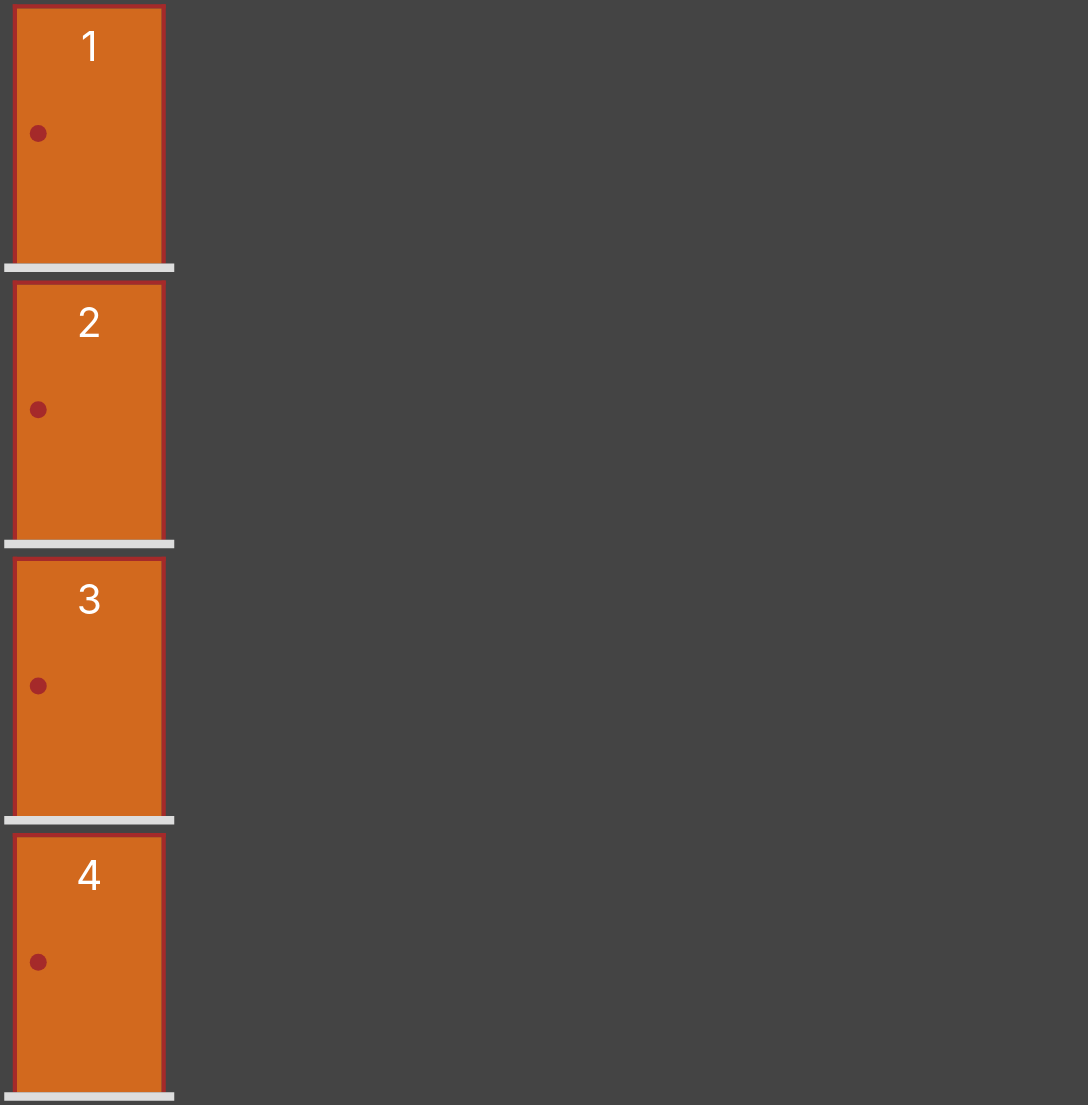
Repository: Mira757/Projeto-Porta-Premiada
Page: /jogo
These files come from the project's save history. The page is drawn as it stood at one moment and after the next save; the edit follows.
The browser window is 1280 px wide. The pictures show the whole page, at 85% of full size.
The project was rebuilt for these pictures with package versions that can differ from the ones it lists, and the page was loaded fresh each time. The framework's server and built-in components were replaced by stand-ins that run in the browser. Also part of the build but not shown: next.config.js, styles/Presente.module.css, components/Presente.jsx.

Above is the page before, as saved 2022-03-22 16:58:10.

### pages/jogo.tsx
import styles from "../styles/Jogo.module.css"
import { useState } from "react";
import Porta from "../components/Porta";
import { atualizarPortas, criarPortas } from "../functions/portas";

export default function jogo () {
  const [portas,setPortas] = useState(criarPortas(4,2))

  function renderizarPortas() {
    return portas.map(porta => {
      return <Porta key={porta.numero} value={porta} onChange={novaporta => setPortas(atualizarPortas(portas, novaporta))}/>
    })
  }

  return (
    <div id={styles.jogo}>
      {renderizarPortas()}
    </div>
  )
}

### styles/globals.css
html,
body {
  padding: 0;
  margin: 0;
  font-family: -apple-system, BlinkMacSystemFont, Segoe UI, Roboto, Oxygen,
    Ubuntu, Cantarell, Fira Sans, Droid Sans, Helvetica Neue, sans-serif;
  background-color: #444;
  color: #fff;
}

a {
  color: inherit;
  text-decoration: none;
}

* {
  box-sizing: border-box;
}

### styles/Jogo.module.css
#jogo {
  display: flex;
  flex-direction: column;
  justify-content: center;
}

### components/Porta.tsx
import styles from "../styles/Porta.module.css"
import PortaModel from '../model/porta'
import Presente from './Presente'

interface PortaProps {
  value: PortaModel
  onChange: (novaPorta: PortaModel) => void
}

export default function Porta(props: PortaProps) {

  const  porta  = props.value
  const selecionada = porta.selecionada && !porta.aberta ? styles.selecionada : ''

  const alterarSelecao = e => props.onChange(porta.alterarSelecao())
  const abrir = e => {
    e.stopPropagation()
    props.onChange(porta.abrir())
  }

  function renderizarPorta() {
    return (
      <div className={styles.porta}>
          <div className={styles.numero}>{porta.numero}</div>
          <div className={styles.macaneta} onClick={abrir} ></div>

        </div>
    )
  }

  return (
    <div className={styles.area} onClick={alterarSelecao}>
      <div className={`${styles.estrutura} ${selecionada}`}>
      {porta.fechada ? renderizarPorta() : porta.temPresente ? <Presente></Presente> : false}
      </div>
      <div className={styles.chao}></div>
    </div>
  )
}

### functions/portas.ts
import PortaModel from "../model/porta";

export function criarPortas(qtde: number,selecionada: number) : PortaModel[] {
  return Array.from({length:qtde}, (_,i) => {
    const numero = i+1
    const temPresente = numero === selecionada
    return new PortaModel(numero,temPresente)
  })
}

export function atualizarPortas(portas: PortaModel[], portaModificada: PortaModel) : PortaModel[] {
  return portas.map(portaAtual => {
    const igualModificada = portaAtual.numero === portaModificada.numero
    if (igualModificada) {
      return portaModificada
    } else {
      return portaModificada.aberta ? portaAtual : portaAtual.desmarcar()
    }
  })
}

### styles/Porta.module.css
.area {
  position: relative;
  display: flex;
  flex-direction: column;
  align-items: center;
  width: 200px;
  height: 315px;
  margin: 5px;
}

.estrutura {
  display: flex;
  flex-direction: column-reverse;
  width: 90%;
  flex-grow: 1;
  border-left: 5px solid brown;
  border-right: 5px solid brown;
  border-top: 5px solid brown;
  background-color: #0005;
}

.porta {
  display: flex;
  flex-direction: column;
  flex-grow: 1;
  background-color: chocolate;
  align-items: center;
  padding: 15px;
}

.numero {
  font-size: 3rem;
}

.macaneta {
  position: absolute;
  align-self: flex-start;
  top: calc(0.45 * 315px);
  height: 20px;
  width: 20px;
  border-radius: 10px;
  background-color: brown;
}

.chao {
  height: 10px;
  width: 100%;
  background-color: #ddd;
}

.selecionada {
  border-left: 5px solid yellow;
  border-right: 5px solid yellow;
  border-top: 5px solid yellow;
}

.selecionada .numero {
  color: yellow;
}

.selecionada .macaneta {
  background-color: yellow;
}

### model/porta.ts
export default class PortaModel {
  #numero: number
  #temPresente: boolean
  #selecionada: boolean
  #aberta: boolean

  constructor(numero: number,temPresente = false,selecionada = false, aberta = false) {
  this.#numero = numero
  this.#temPresente = temPresente
  this.#selecionada = selecionada
  this.#aberta = aberta
  }

  get numero() {
    return this.#numero
  }

  get temPresente() {
    return this.#temPresente
  }

  get selecionada() {
    return this.#selecionada
  }

  get aberta() {
    return this.#aberta
  }

  get fechada() {
    return !this.#aberta
  }

  desmarcar() {
    const selecionada = false
    return new PortaModel(this.numero,this.temPresente,selecionada,this.aberta)
  }

  alterarSelecao() {
    const selecionada = !this.selecionada
    return new PortaModel(this.numero,this.temPresente,selecionada,this.aberta)
  }

  abrir() {
    const aberta = true
    return new PortaModel(this.numero,this.temPresente,this.selecionada,aberta)
  }

}

Loaded but not shown: pages/_app.js (common file)

After the next save:
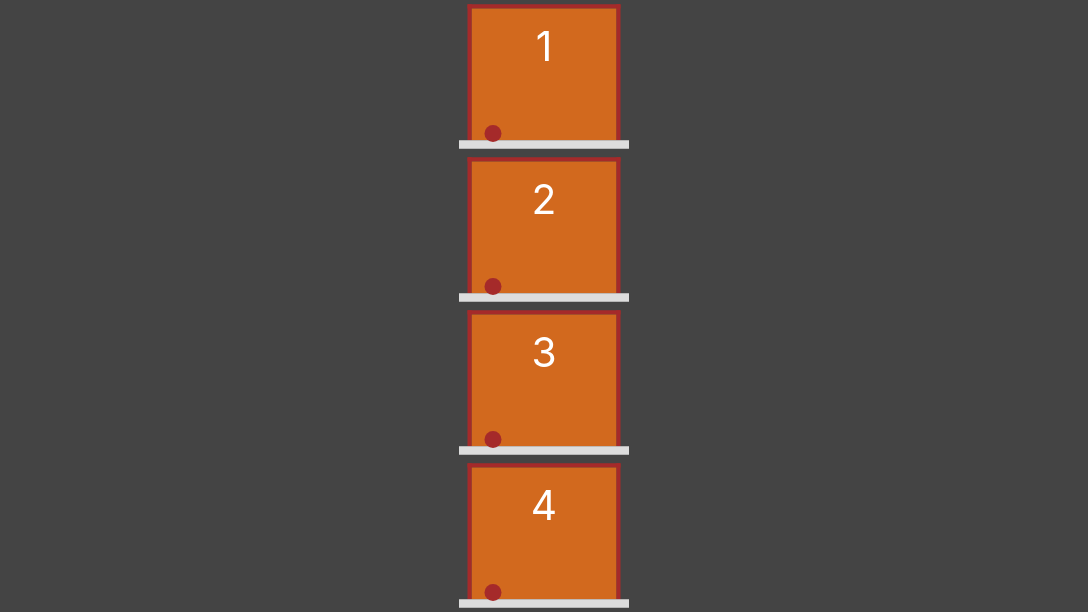
Saved 2 min 3 s later.
--- a/styles/Jogo.module.css
+++ b/styles/Jogo.module.css
@@ -2,4 +2,12 @@
   display: flex;
   flex-direction: column;
   justify-content: center;
+  align-items: center;
+  height: 100vh;
 }
+
+.portass {
+  display: flex;
+  justify-content: space-around;
+  flex-wrap: wrap;
+}
